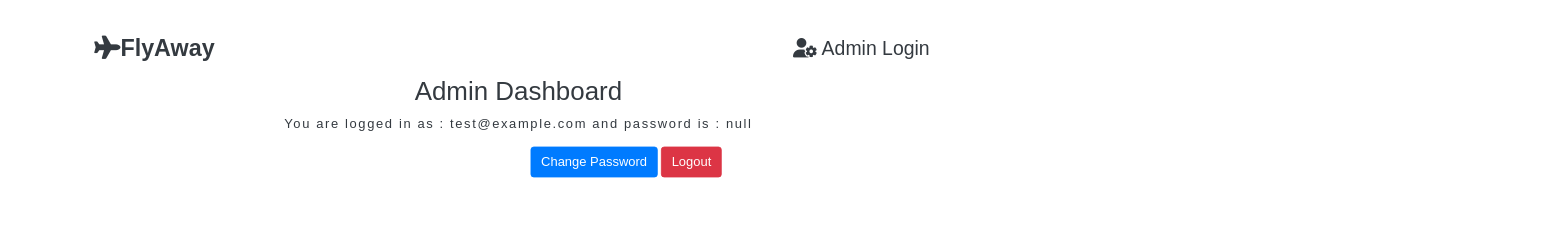
Repository: Niks4u2/FlyAway
Page: http://localhost/flyaway/dashboard.jsp
The author's editor kept a copy of each file at every save. The page is drawn from the files as they stood at one save, then again after the next save.
The browser window is 1280 px wide. The page is 1920 px wide, then 1280 px, so the pictures cover 1920 px, including what lies to the right of the window. The pictures show the whole page, at 81% of full size.
Some web fonts or font styles are not loaded; a fallback is used. Some web libraries are served in a nearby version. The page is served by Tomcat 10. The session is filled in as if someone had signed in: {"email": "test@example.com"}.

Above is the page before, as saved 2021-09-26 07:13:28.

After the next save:
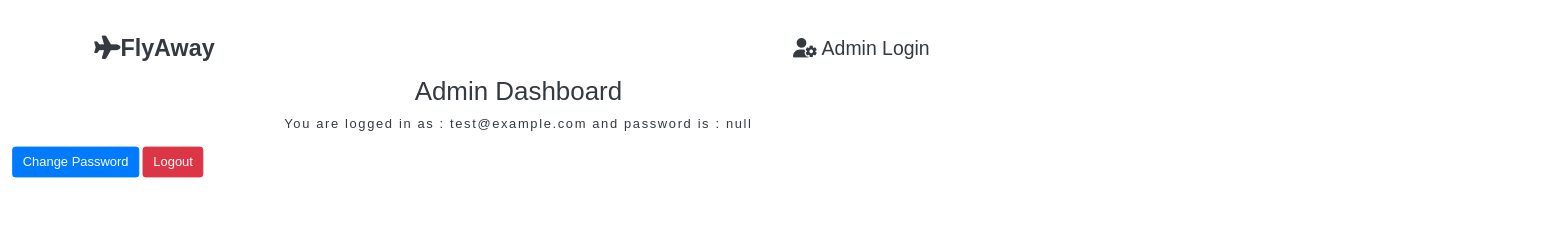
Saved 31 s later.
--- a/Source Code/flyaway/src/main/webapp/dashboard.jsp
+++ b/Source Code/flyaway/src/main/webapp/dashboard.jsp
@@ -80,7 +80,7 @@
                 <p>You are logged in as : <%= session.getAttribute("email") %> and password is : <%= session.getAttribute("password") %> </p>
             </div>
 
-            <div class="col-md-12 login">
+            <div class="col-md-12">
                 <button class="btn btn-primary">Change Password</button>
                 <a href="LogoutServlet"><button class="btn btn-danger">Logout</button></a>
             </div>
